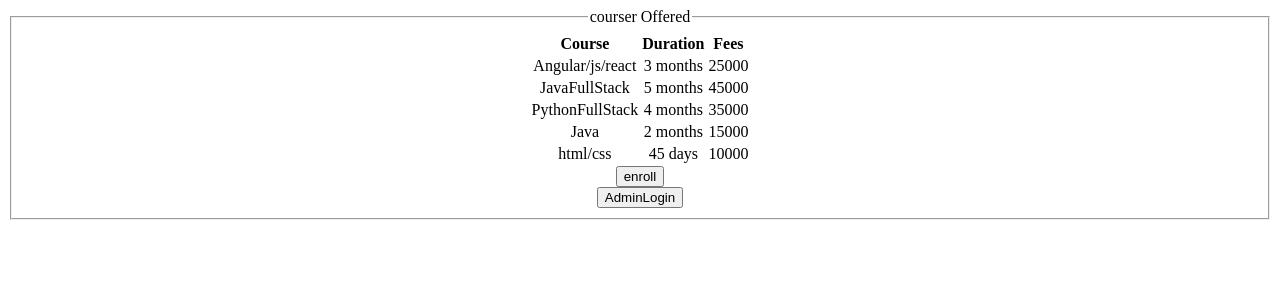
Repository: JanapatlaManojReddy/java
Page: http://localhost/institutionProject/
These files come from the project's save history. The page is drawn as it stood at one moment and after the next save; the edit follows.
The browser window is 1280 px wide. The pictures show the whole page.
The page is served by Tomcat 9.

Above is the page before, as saved 2023-08-19 11:16:36.

After the next save:
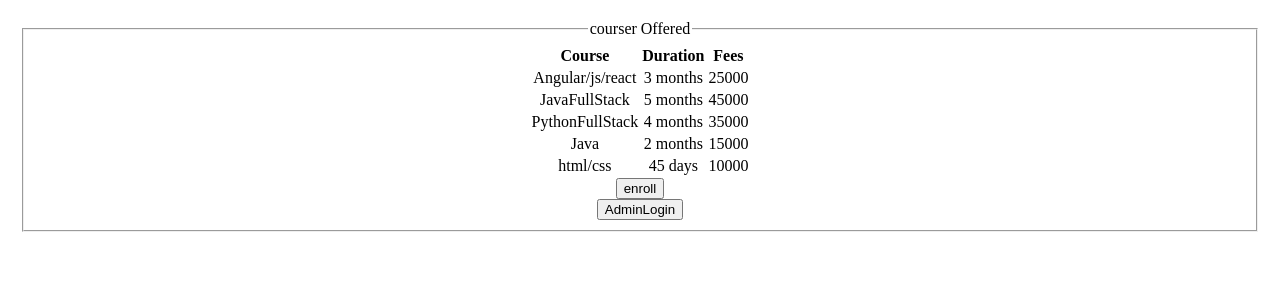
Saved 2 min 0 s later.
--- a/institutionProject/src/main/webapp/welcome.jsp
+++ b/institutionProject/src/main/webapp/welcome.jsp
@@ -5,6 +5,11 @@
 <head>
 <meta charset="ISO-8859-1">
 <title>welcome to coding hub </title>
+<style>
+body{
+margin:20px;
+}
+</style>
 
 </head>
 <body>
